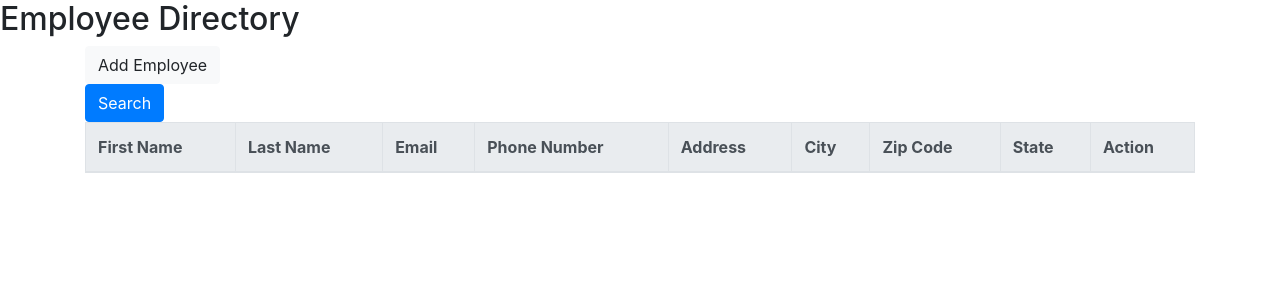
Repository: TChristian315/directory_app
Page: http://localhost/directoryapp/directory.jsp
These files come from the project's save history. The page is drawn as it stood at one moment and after the next save; the edit follows.
The browser window is 1280 px wide. The pictures show the whole page.
Some web libraries are served in a nearby version. The page is served by Tomcat 9. The template is opened directly, without the code that normally fills it, so the values that code supplies are empty.

Above is the page before, as saved 2018-05-23 18:20:48.

After the next save:
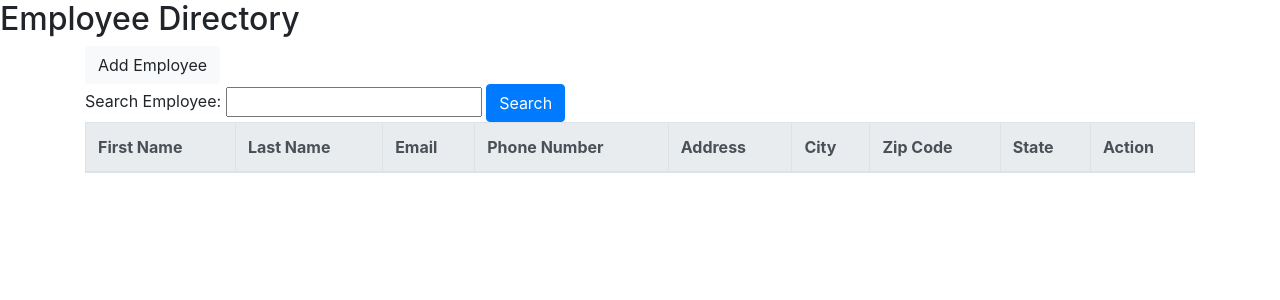
Saved 5 s later.
--- a/Workspaces/directoryapp/WebContent/directory.jsp
+++ b/Workspaces/directoryapp/WebContent/directory.jsp
@@ -25,7 +25,7 @@
 					onclick="window.location.href= 'add-employee-form.jsp'; return false;"
 					class="btn btn-light" style="" />
 				<form action="EmployeeControllerServlet" method="GET">
-					<input type="hidden" nme="command" value="SEARCH />
+					<input type="hidden" nme="command" value="SEARCH "/>
 					Search Employee: <input type="text" name="theSearchName" />
 					<input type="submit" value="Search" class="btn btn-primary" />
 				</form>
